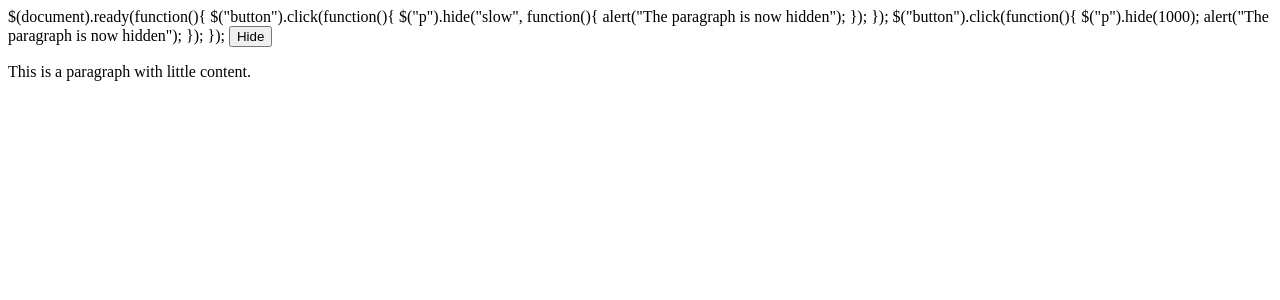
Repository: sudheerj/jQuery
Page: jQueryExamples/chapter04/Callback.html
These files come from the project's save history. The page is drawn as it stood at one moment and after the next save; the edit follows.
The browser window is 1280 px wide. The pictures show the whole page.

Above is the page before, as saved 2016-10-20 18:07:00.

After the next save:
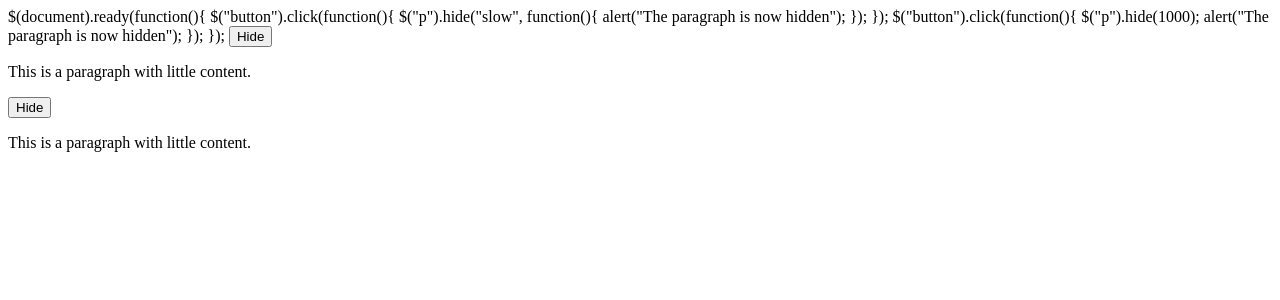
Saved 34 s later.
--- a/jQueryExamples/chapter04/Callback.html
+++ b/jQueryExamples/chapter04/Callback.html
@@ -22,5 +22,10 @@
 
 <p>This is a paragraph with little content.</p>
 
+
+<button>Hide</button>
+
+<p>This is a paragraph with little content.</p>
+
 </body>
 </html>
